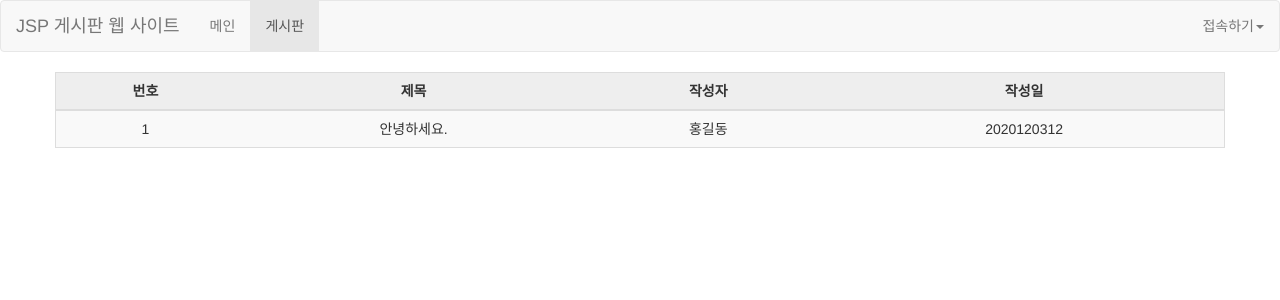
Repository: hseob04/jsp_bbs
Page: http://localhost/BBS/bbs.jsp
The author's editor kept a copy of each file at every save. The page is drawn from the files as they stood at one save, then again after the next save.
The browser window is 1280 px wide. The pictures show the whole page.
Some web libraries are served in a nearby version. The page is served by Tomcat 9.

Above is the page before, as saved 2021-03-22 14:28:29.

After the next save:
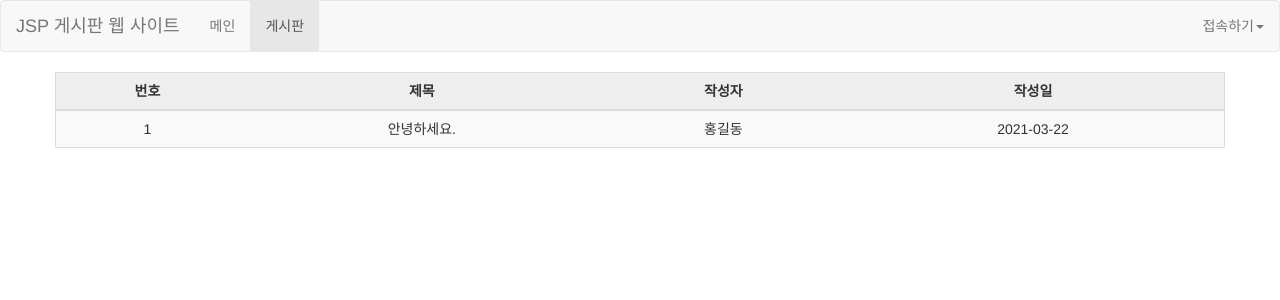
Saved 7 s later.
--- a/JSP/projects/BBS/src/main/webapp/bbs.jsp
+++ b/JSP/projects/BBS/src/main/webapp/bbs.jsp
@@ -89,7 +89,7 @@
 						<td>1</td>
 						<td>안녕하세요.</td>
 						<td>홍길동</td>
-						<td>2020120312</td>
+						<td>2021-03-22</td>
 					</tr>
 				</tbody>
 			</table>
